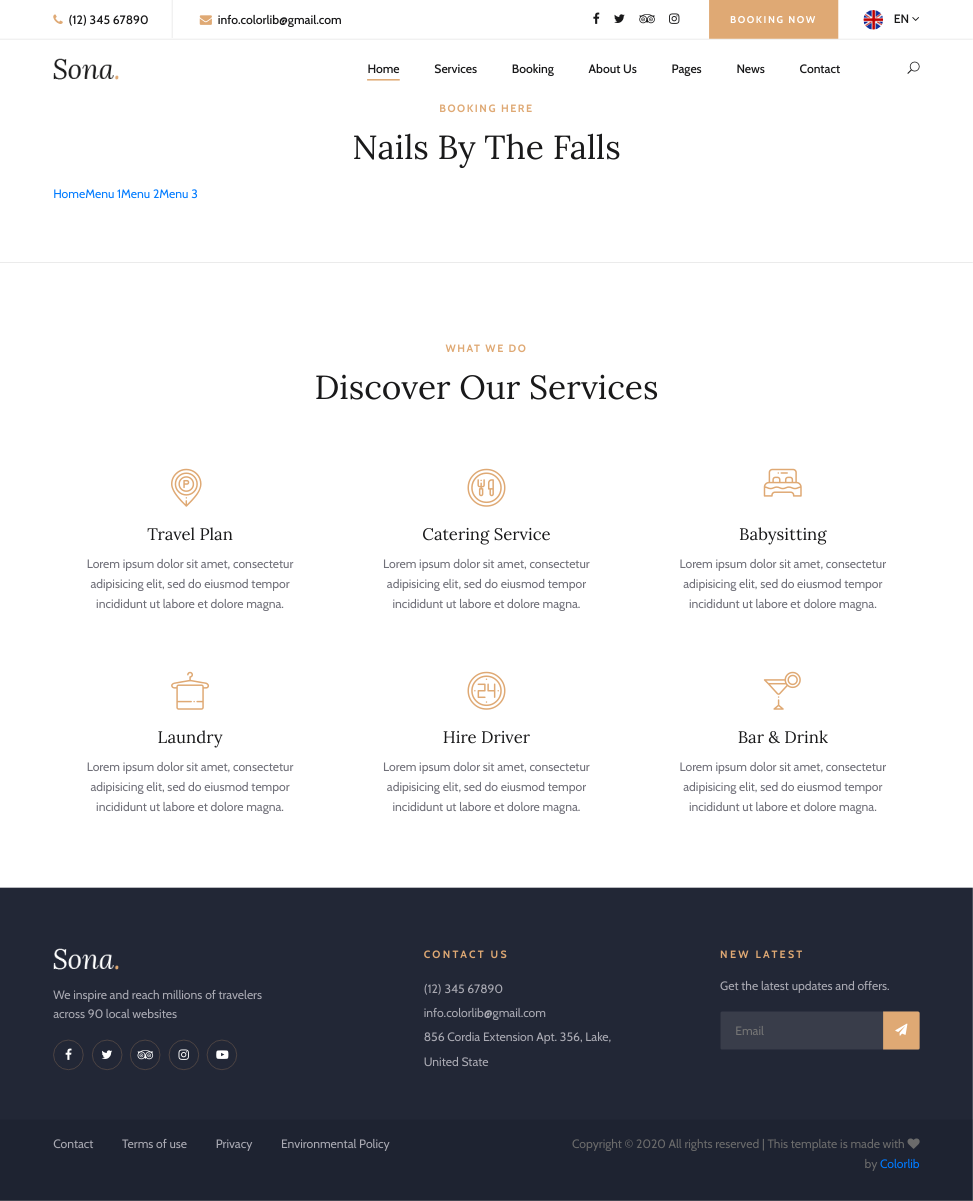
Repository: KeriBoss/Booking_Spa
Page: booking.html
The author's editor kept a copy of each file at every save. The page is drawn from the files as they stood at one save, then again after the next save.
The browser window is 1280 px wide. The pictures show the whole page, at 76% of full size.

Above is the page before, as saved 2023-05-19 15:46:40.

### booking.html
<!DOCTYPE html>
<html lang="zxx">

<head>
    <meta charset="UTF-8" />
    <meta name="description" content="Sona Template" />
    <meta name="keywords" content="Sona, unica, creative, html" />
    <meta name="viewport" content="width=device-width, initial-scale=1.0" />
    <meta http-equiv="X-UA-Compatible" content="ie=edge" />
    <title>Nail | Template</title>

    <!-- Google Font -->
    <link href="https://fonts.googleapis.com/css?family=Lora:400,700&display=swap" rel="stylesheet" />
    <link href="https://fonts.googleapis.com/css?family=Cabin:400,500,600,700&display=swap" rel="stylesheet" />

    <!-- Css Styles -->
    <link rel="stylesheet" href="css/bootstrap.min.css" type="text/css" />
    <link rel="stylesheet" href="css/font-awesome.min.css" type="text/css" />
    <link rel="stylesheet" href="css/elegant-icons.css" type="text/css" />
    <link rel="stylesheet" href="css/flaticon.css" type="text/css" />
    <link rel="stylesheet" href="css/owl.carousel.min.css" type="text/css" />
    <link rel="stylesheet" href="css/nice-select.css" type="text/css" />
    <link rel="stylesheet" href="css/jquery-ui.min.css" type="text/css" />
    <link rel="stylesheet" href="css/magnific-popup.css" type="text/css" />
    <link rel="stylesheet" href="css/slicknav.min.css" type="text/css" />
    <link rel="stylesheet" href="css/style.css" type="text/css" />
</head>

<body>
    <!-- Page Preloder -->
    <div id="preloder">
        <div class="loader"></div>
    </div>

    <!-- Offcanvas Menu Section Begin -->
    <div class="offcanvas-menu-overlay"></div>
    <div class="canvas-open">
        <i class="icon_menu"></i>
    </div>
    <div class="offcanvas-menu-wrapper">
        <div class="canvas-close">
            <i class="icon_close"></i>
        </div>
        <div class="search-icon search-switch">
            <i class="icon_search"></i>
        </div>
        <div class="header-configure-area">
            <div class="language-option">
                <img src="img/flag.jpg" alt="" />
                <span>EN <i class="fa fa-angle-down"></i></span>
                <div class="flag-dropdown">
                    <ul>
                        <li><a href="#">Zi</a></li>
                        <li><a href="#">Fr</a></li>
                    </ul>
                </div>
            </div>
            <a href="#" class="bk-btn">Booking Now</a>
        </div>
        <nav class="mainmenu mobile-menu">
            <ul>
                <li class="active"><a href="./index.html">Home</a></li>
                <li><a href="./rooms.html">Rooms</a></li>
                <li><a href="./about-us.html">About Us</a></li>
                <li>
                    <a href="./pages.html">Pages</a>
                    <ul class="dropdown">
                        <li><a href="./room-details.html">Room Details</a></li>
                        <li><a href="#">Deluxe Room</a></li>
                        <li><a href="#">Family Room</a></li>
                        <li><a href="#">Premium Room</a></li>
                    </ul>
                </li>
                <li><a href="./blog.html">News</a></li>
                <li><a href="./contact.html">Contact</a></li>
            </ul>
        </nav>
        <div id="mobile-menu-wrap"></div>
        <div class="top-social">
            <a href="#"><i class="fa fa-facebook"></i></a>
            <a href="#"><i class="fa fa-twitter"></i></a>
            <a href="#"><i class="fa fa-tripadvisor"></i></a>
            <a href="#"><i class="fa fa-instagram"></i></a>
        </div>
        <ul class="top-widget">
            <li><i class="fa fa-phone"></i> (12) 345 67890</li>
            <li><i class="fa fa-envelope"></i> info.colorlib@gmail.com</li>
        </ul>
    </div>
    <!-- Offcanvas Menu Section End -->

    <!-- Header Section Begin -->
    <header class="header-section">
        <div class="top-nav">
            <div class="container">
                <div class="row">
                    <div class="col-lg-6">
                        <ul class="tn-left">
                            <li><i class="fa fa-phone"></i> (12) 345 67890</li>
                            <li><i class="fa fa-envelope"></i> info.colorlib@gmail.com</li>
                        </ul>
                    </div>
                    <div class="col-lg-6">
                        <div class="tn-right">
                            <div class="top-social">
                                <a href="#"><i class="fa fa-facebook"></i></a>
                                <a href="#"><i class="fa fa-twitter"></i></a>
                                <a href="#"><i class="fa fa-tripadvisor"></i></a>
                                <a href="#"><i class="fa fa-instagram"></i></a>
                            </div>
                            <a href="#" class="bk-btn">Booking Now</a>
                            <div class="language-option">
                                <img src="img/flag.jpg" alt="" />
                                <span>EN <i class="fa fa-angle-down"></i></span>
                                <div class="flag-dropdown">
                                    <ul>
                                        <li><a href="#">Zi</a></li>
                                        <li><a href="#">Fr</a></li>
                                    </ul>
                                </div>
                            </div>
                        </div>
                    </div>
                </div>
            </div>
        </div>
        <div class="menu-item">
            <div class="container">
                <div class="row">
                    <div class="col-lg-2">
                        <div class="logo">
                            <a href="./index.html">
                                <img src="img/logo.png" alt="" />
                            </a>
                        </div>
                    </div>
                    <div class="col-lg-10">
                        <div class="nav-menu">
                            <nav class="mainmenu">
                                <ul>
                                    <li class="active"><a href="./index.html">Home</a></li>
                                    <li><a href="./rooms.html">Services</a></li>
                                    <li><a href="./rooms.html">Booking</a></li>
                                    <li><a href="./about-us.html">About Us</a></li>
                                    <li>
                                        <a href="./pages.html">Pages</a>
                                        <ul class="dropdown">
                                            <li><a href="./room-details.html">Room Details</a></li>
                                            <li><a href="./blog-details.html">Blog Details</a></li>
                                            <li><a href="#">Family Room</a></li>
                                            <li><a href="#">Premium Room</a></li>
                                        </ul>
                                    </li>
                                    <li><a href="./blog.html">News</a></li>
                                    <li><a href="./contact.html">Contact</a></li>
                                </ul>
                            </nav>
                            <div class="nav-right search-switch">
                                <i class="icon_search"></i>
                            </div>
                        </div>
                    </div>
                </div>
            </div>
        </div>
    </header>
    <!-- Header End -->

    <!-- Booking start-->
    <section class="booking-nail">
        <div class="container">
            <div class="row">
                <div class="col-lg-12">
                    <div class="section-title">
                        <span>Booking here</span>
                        <h2>Nails By The Falls</h2>
                    </div>
                </div>
                <div class="col-lg-12">
                    <div class="card-booking">
                        <ul class="nav nav-pills">
                            <li class="active"><a data-toggle="pill" href="#home">Home</a></li>
                            <li><a data-toggle="pill" href="#menu1">Menu 1</a></li>
                            <li><a data-toggle="pill" href="#menu2">Menu 2</a></li>
                            <li><a data-toggle="pill" href="#menu3">Menu 3</a></li>
                          </ul>

                          <div class="tab-content">
                            <div id="home" class="tab-pane fade in active">
                              <h3>HOME</h3>
                              <p>Lorem ipsum dolor sit amet, consectetur adipisicing elit, sed do eiusmod tempor incididunt ut labore et dolore magna aliqua.</p>
                            </div>
                            <div id="menu1" class="tab-pane fade">
                              <h3>Menu 1</h3>
                              <p>Ut enim ad minim veniam, quis nostrud exercitation ullamco laboris nisi ut aliquip ex ea commodo consequat.</p>
                            </div>
                            <div id="menu2" class="tab-pane fade">
                              <h3>Menu 2</h3>
                              <p>Sed ut perspiciatis unde omnis iste natus error sit voluptatem accusantium doloremque laudantium, totam rem aperiam.</p>
                            </div>
                            <div id="menu3" class="tab-pane fade">
                              <h3>Menu 3</h3>
                              <p>Eaque ipsa quae ab illo inventore veritatis et quasi architecto beatae vitae dicta sunt explicabo.</p>
                            </div>
                          </div>

                    </div>
                </div>
            </div>
        </div>
    </section>
    <!-- Booking end-->

    <!-- Services Section End -->
    <section class="services-section spad">
        <div class="container">
            <div class="row">
                <div class="col-lg-12">
                    <div class="section-title">
                        <span>What We Do</span>
                        <h2>Discover Our Services</h2>
                    </div>
                </div>
            </div>
            <div class="row">
                <div class="col-lg-4 col-sm-6">
                    <div class="service-item">
                        <i class="flaticon-036-parking"></i>
                        <h4>Travel Plan</h4>
                        <p>
                            Lorem ipsum dolor sit amet, consectetur adipisicing elit, sed do
                            eiusmod tempor incididunt ut labore et dolore magna.
                        </p>
                    </div>
                </div>
                <div class="col-lg-4 col-sm-6">
                    <div class="service-item">
                        <i class="flaticon-033-dinner"></i>
                        <h4>Catering Service</h4>
                        <p>
                            Lorem ipsum dolor sit amet, consectetur adipisicing elit, sed do
                            eiusmod tempor incididunt ut labore et dolore magna.
                        </p>
                    </div>
                </div>
                <div class="col-lg-4 col-sm-6">
                    <div class="service-item">
                        <i class="flaticon-026-bed"></i>
                        <h4>Babysitting</h4>
                        <p>
                            Lorem ipsum dolor sit amet, consectetur adipisicing elit, sed do
                            eiusmod tempor incididunt ut labore et dolore magna.
                        </p>
                    </div>
                </div>
                <div class="col-lg-4 col-sm-6">
                    <div class="service-item">
                        <i class="flaticon-024-towel"></i>
                        <h4>Laundry</h4>
                        <p>
                            Lorem ipsum dolor sit amet, consectetur adipisicing elit, sed do
                            eiusmod tempor incididunt ut labore et dolore magna.
                        </p>
                    </div>
                </div>
                <div class="col-lg-4 col-sm-6">
                    <div class="service-item">
                        <i class="flaticon-044-clock-1"></i>
                        <h4>Hire Driver</h4>
                        <p>
                            Lorem ipsum dolor sit amet, consectetur adipisicing elit, sed do
                            eiusmod tempor incididunt ut labore et dolore magna.
                        </p>
                    </div>
                </div>
                <div class="col-lg-4 col-sm-6">
                    <div class="service-item">
                        <i class="flaticon-012-cocktail"></i>
                        <h4>Bar & Drink</h4>
                        <p>
                            Lorem ipsum dolor sit amet, consectetur adipisicing elit, sed do
                            eiusmod tempor incididunt ut labore et dolore magna.
                        </p>
                    </div>
                </div>
            </div>
        </div>
    </section>
    <!-- Services Section End -->

    <!-- Footer Section Begin -->
    <footer class="footer-section">
        <div class="container">
            <div class="footer-text">
                <div class="row">
                    <div class="col-lg-4">
                        <div class="ft-about">
                            <div class="logo">
                                <a href="#">
                                    <img src="img/footer-logo.png" alt="" />
                                </a>
                            </div>
                            <p>
                                We inspire and reach millions of travelers<br />
                                across 90 local websites
                            </p>
                            <div class="fa-social">
                                <a href="#"><i class="fa fa-facebook"></i></a>
                                <a href="#"><i class="fa fa-twitter"></i></a>
                                <a href="#"><i class="fa fa-tripadvisor"></i></a>
                                <a href="#"><i class="fa fa-instagram"></i></a>
                                <a href="#"><i class="fa fa-youtube-play"></i></a>
                            </div>
                        </div>
                    </div>
                    <div class="col-lg-3 offset-lg-1">
                        <div class="ft-contact">
                            <h6>Contact Us</h6>
                            <ul>
                                <li>(12) 345 67890</li>
                                <li>info.colorlib@gmail.com</li>
                                <li>856 Cordia Extension Apt. 356, Lake, United State</li>
                            </ul>
                        </div>
                    </div>
                    <div class="col-lg-3 offset-lg-1">
                        <div class="ft-newslatter">
                            <h6>New latest</h6>
                            <p>Get the latest updates and offers.</p>
                            <form action="#" class="fn-form">
                                <input type="text" placeholder="Email" />
                                <button type="submit"><i class="fa fa-send"></i></button>
                            </form>
                        </div>
                    </div>
                </div>
            </div>
        </div>
        <div class="copyright-option">
            <div class="container">
                <div class="row">
                    <div class="col-lg-7">
                        <ul>
                            <li><a href="#">Contact</a></li>
                            <li><a href="#">Terms of use</a></li>
                            <li><a href="#">Privacy</a></li>
                            <li><a href="#">Environmental Policy</a></li>
                        </ul>
                    </div>
                    <div class="col-lg-5">
                        <div class="co-text">
                            <p>
                                <!-- Link back to Colorlib can't be removed. Template is licensed under CC BY 3.0. -->
                                Copyright &copy;
                                <script>
                                    document.write(new Date().getFullYear());
                                </script>
                                All rights reserved | This template is made with
                                <i class="fa fa-heart" aria-hidden="true"></i> by
                                <a href="https://colorlib.com" target="_blank">Colorlib</a>
                                <!-- Link back to Colorlib can't be removed. Template is licensed under CC BY 3.0. -->
                            </p>
                        </div>
                    </div>
                </div>
            </div>
        </div>
    </footer>
    <!-- Footer Section End -->

    <!-- Search model Begin -->
    <div class="search-model">
        <div class="h-100 d-flex align-items-center justify-content-center">
            <div class="search-close-switch"><i class="icon_close"></i></div>
            <form class="search-model-form">
                <input type="text" id="search-input" placeholder="Search here....." />
            </form>
        </div>
    </div>
    <!-- Search model end -->

    <!-- Js Plugins -->
    <script src="js/jquery-3.3.1.min.js"></script>
    <script src="js/bootstrap.min.js"></script>
    <script src="js/jquery.magnific-popup.min.js"></script>
    <script src="js/jquery.nice-select.min.js"></script>
    <script src="js/jquery-ui.min.js"></script>
    <script src="js/jquery.slicknav.js"></script>
    <script src="js/owl.carousel.min.js"></script>
    <script src="js/main.js"></script>
</body>

</html>

Loaded but not shown: css/bootstrap.min.css (library); css/font-awesome.min.css (library); css/flaticon.css (common file); css/owl.carousel.min.css (library); css/nice-select.css (common file); css/jquery-ui.min.css (library); css/magnific-popup.css (library); css/slicknav.min.css (common file); js/jquery-3.3.1.min.js (library); js/bootstrap.min.js (library); js/jquery.magnific-popup.min.js (library); js/jquery.nice-select.min.js (common file); js/jquery-ui.min.js (library); js/jquery.slicknav.js (library); js/owl.carousel.min.js (library); js/main.js (109 lines, source omitted); css/style.css (2337 lines, source omitted); css/elegant-icons.css (1157 lines, source omitted)

After the next save:
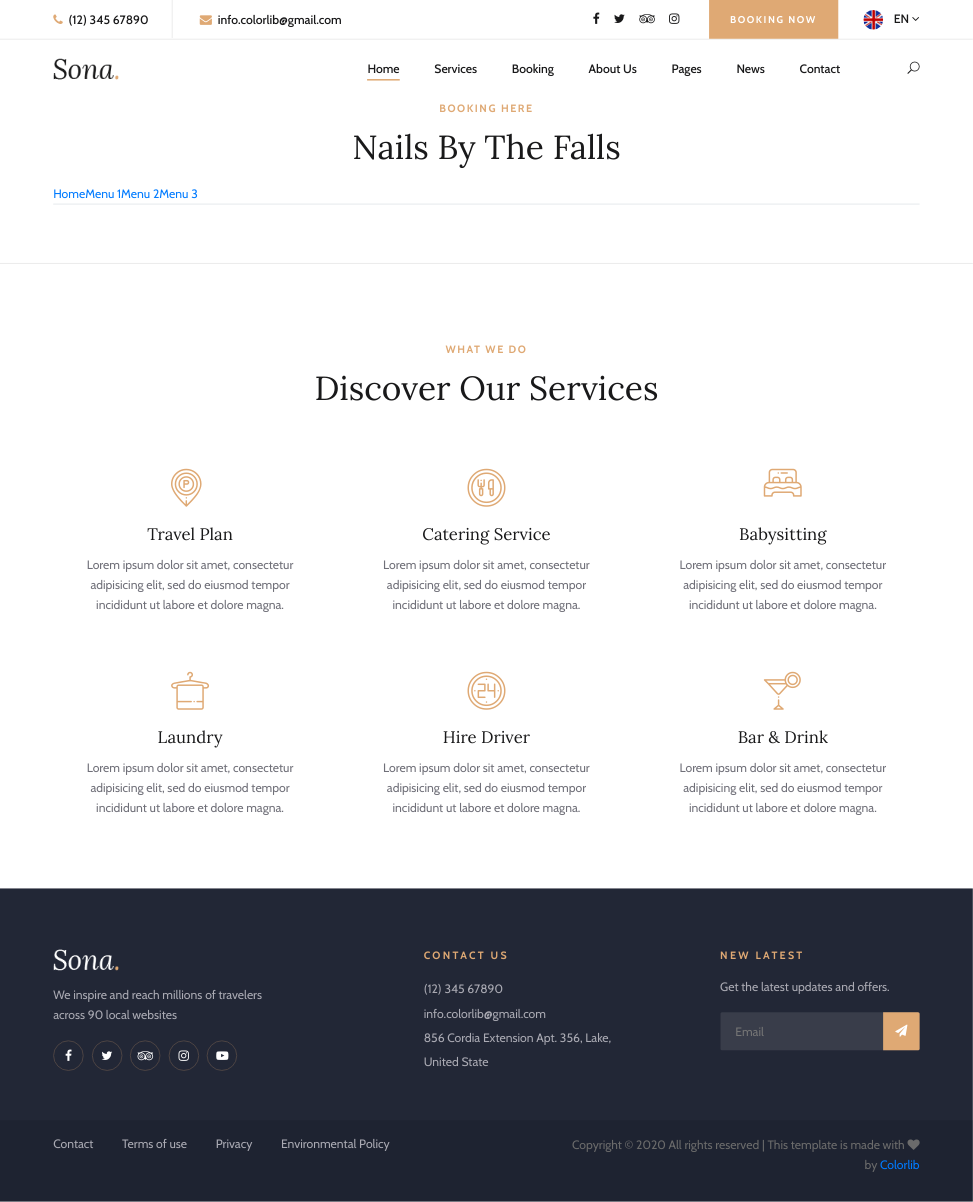
Saved 20 s later.
--- a/booking.html
+++ b/booking.html
@@ -178,31 +178,39 @@
                 </div>
                 <div class="col-lg-12">
                     <div class="card-booking">
-                        <ul class="nav nav-pills">
-                            <li class="active"><a data-toggle="pill" href="#home">Home</a></li>
-                            <li><a data-toggle="pill" href="#menu1">Menu 1</a></li>
-                            <li><a data-toggle="pill" href="#menu2">Menu 2</a></li>
-                            <li><a data-toggle="pill" href="#menu3">Menu 3</a></li>
-                          </ul>
-
-                          <div class="tab-content">
+                        <ul class="nav nav-tabs">
+                            <li class="active"><a data-toggle="tab" href="#home">Home</a></li>
+                            <li><a data-toggle="tab" href="#menu1">Menu 1</a></li>
+                            <li><a data-toggle="tab" href="#menu2">Menu 2</a></li>
+                            <li><a data-toggle="tab" href="#menu3">Menu 3</a></li>
+                        </ul>
+
+                        <div class="tab-content">
                             <div id="home" class="tab-pane fade in active">
-                              <h3>HOME</h3>
-                              <p>Lorem ipsum dolor sit amet, consectetur adipisicing elit, sed do eiusmod tempor incididunt ut labore et dolore magna aliqua.</p>
-                            </div>
+                                <h3>Home</h3>
+                                <p>Lorem ipsum dolor sit amet, consectetur adipisicing elit, sed do eiusmod tempor
+                                    incididunt ut labore et dolore magna aliqua.</p>
+                            </div>
+
                             <div id="menu1" class="tab-pane fade">
-                              <h3>Menu 1</h3>
-                              <p>Ut enim ad minim veniam, quis nostrud exercitation ullamco laboris nisi ut aliquip ex ea commodo consequat.</p>
-                            </div>
+                                <h3>Menu 1</h3>
+                                <p>Lorem ipsum dolor sit amet, consectetur adipisicing elit, sed do eiusmod tempor
+                                    incididunt ut labore et dolore magna aliqua.</p>
+                            </div>
+
                             <div id="menu2" class="tab-pane fade">
-                              <h3>Menu 2</h3>
-                              <p>Sed ut perspiciatis unde omnis iste natus error sit voluptatem accusantium doloremque laudantium, totam rem aperiam.</p>
-                            </div>
+                                <h3>Menu 2</h3>
+                                <p>Lorem ipsum dolor sit amet, consectetur adipisicing elit, sed do eiusmod tempor
+                                    incididunt ut labore et dolore magna aliqua.</p>
+                            </div>
+
                             <div id="menu3" class="tab-pane fade">
-                              <h3>Menu 3</h3>
-                              <p>Eaque ipsa quae ab illo inventore veritatis et quasi architecto beatae vitae dicta sunt explicabo.</p>
-                            </div>
-                          </div>
+                                <h3>Menu 3</h3>
+                                <p>Lorem ipsum dolor sit amet, consectetur adipisicing elit, sed do eiusmod tempor
+                                    incididunt ut labore et dolore magna aliqua.</p>
+                            </div>
+
+                        </div>
 
                     </div>
                 </div>
